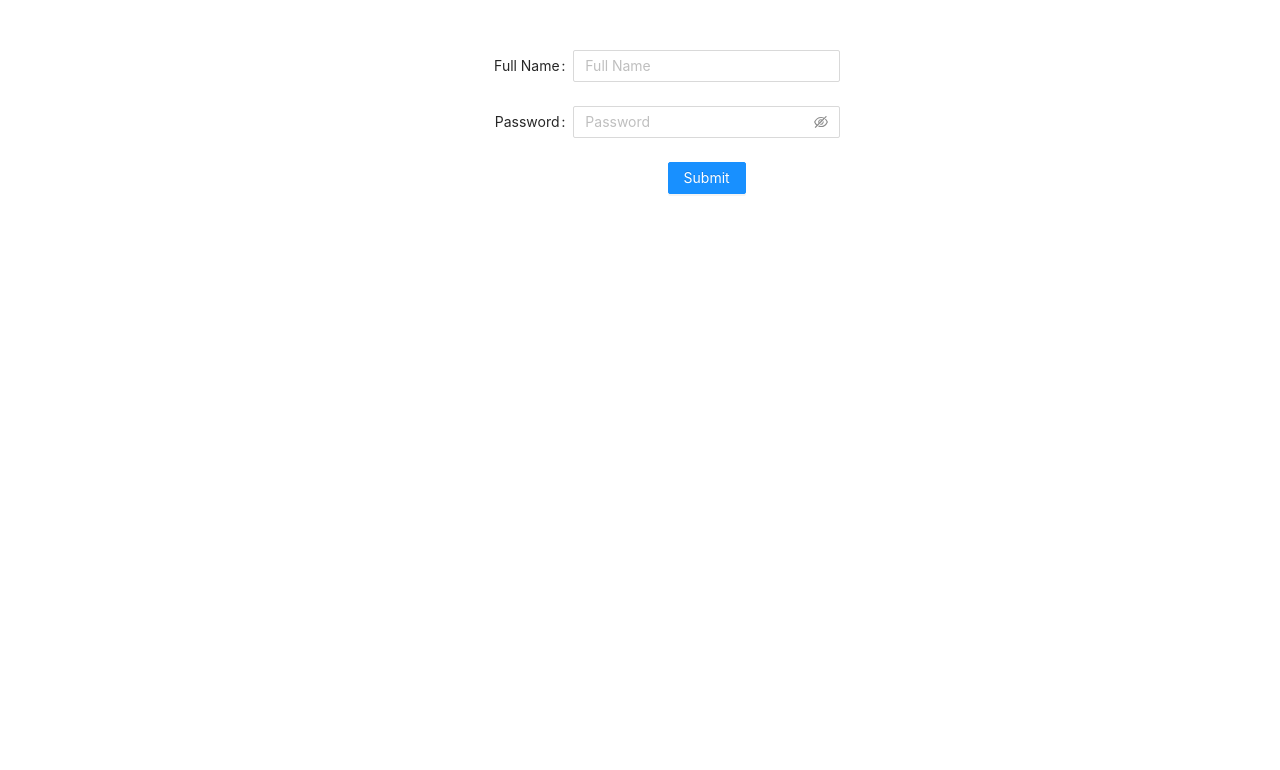
Repository: baodien1405/module-form
Page: /
These files come from the project's save history. The page is drawn as it stood at one moment and after the next save; the edit follows.
The browser window is 1280 px wide. The pictures show the whole page.
The project was rebuilt for these pictures with package versions that can differ from the ones it lists, and the page was loaded fresh each time.

Above is the page before, as saved 2021-09-09 12:21:36.

### src/index.tsx
import React from 'react';
import ReactDOM from 'react-dom';
import "antd/dist/antd.css";
import './index.css';
import App from './App';
import { store } from './app/store';
import { Provider } from 'react-redux';
import * as serviceWorker from './serviceWorker';

ReactDOM.render(
  <React.StrictMode>
    <Provider store={store}>
      <App />
    </Provider>
  </React.StrictMode>,
  document.getElementById('root')
);

// If you want your app to work offline and load faster, you can change
// unregister() to register() below. Note this comes with some pitfalls.
// Learn more about service workers: https://bit.ly/CRA-PWA
serviceWorker.unregister();

### src/index.css
@import url("https://fonts.googleapis.com/css2?family=Poppins:ital,wght@0,100;0,200;0,800;0,900;1,100;1,200;1,800;1,900&display=swap");

body {
  margin: 0;
  font-family: -apple-system, BlinkMacSystemFont, "Poppins", "Roboto", "Oxygen",
    "Ubuntu", "Cantarell", "Fira Sans", "Droid Sans", "Helvetica Neue",
    sans-serif;
  -webkit-font-smoothing: antialiased;
  -moz-osx-font-smoothing: grayscale;
}

code {
  font-family: source-code-pro, Menlo, Monaco, Consolas, "Courier New",
    monospace;
}

### src/App.tsx
import React from "react";
import "./App.css";
import OnboardingForm from "./features/onboarding/component/OnboardingForm";

function App() {
  return (
    <div className="App">
      <div className="container">
        <OnboardingForm />
      </div>
    </div>
  );
}

export default App;

### src/App.css
.App {
  text-align: center;
}

.App-logo {
  height: 40vmin;
  pointer-events: none;
}

@media (prefers-reduced-motion: no-preference) {
  .App-logo {
    animation: App-logo-float infinite 3s ease-in-out;
  }
}

.App-header {
  min-height: 100vh;
  display: flex;
  flex-direction: column;
  align-items: center;
  justify-content: center;
  font-size: calc(10px + 2vmin);
}

.App-link {
  color: rgb(112, 76, 182);
}

@keyframes App-logo-float {
  0% {
    transform: translateY(0);
  }
  50% {
    transform: translateY(10px);
  }
  100% {
    transform: translateY(0px);
  }
}

.container {
  width: 400px;
  margin: 50px auto;
}

### src/features/onboarding/component/OnboardingForm.tsx
import { yupResolver } from "@hookform/resolvers/yup";
import { Button, Form } from "antd";
import { InputField } from "components/FormFields/InputField";
import { PasswordField } from "components/FormFields/PasswordField";
import { useForm } from "react-hook-form";
import * as yup from "yup";

export interface Account {
  name: string;
  password: string;
}

export interface AccountFormProps {
  initialValues?: Account;
  onSubmit?: (formValues: Account) => void;
}

const schema = yup.object().shape({
  fullname: yup.string().required("Please enter full name"),
  password: yup.string().required("Please enter your password"),
});

export default function OnboardingForm({
  initialValues,
  onSubmit,
}: AccountFormProps) {
  const {
    control,
    handleSubmit,
    formState: { isSubmitting },
  } = useForm<Account>({
    defaultValues: initialValues,
    resolver: yupResolver(schema),
  });

  const handleFormSubmit = async (formValues: Account) => {
    console.log(formValues);
  };

  return (
    <Form
      onFinish={handleSubmit(handleFormSubmit)}
      labelCol={{ span: 8 }}
      wrapperCol={{ span: 16 }}
    >
      <InputField name="fullname" label="Full Name" control={control} />

      <PasswordField name="password" label="Password" control={control} />

      <Form.Item wrapperCol={{ offset: 8, span: 16 }}>
        <Button type="primary" htmlType="submit" disabled={isSubmitting}>
          Submit
        </Button>
      </Form.Item>
    </Form>
  );
}

### src/components/FormFields/InputField.tsx
import { Form, Input } from "antd";
import React, { InputHTMLAttributes } from "react";
import { Control, useController } from "react-hook-form";

export interface InputFieldProps extends InputHTMLAttributes<HTMLInputElement> {
  name: string;
  control: Control<any>;
  label?: string;
}

export function InputField({ name, control, label }: InputFieldProps) {
  const {
    field: { onBlur, onChange, value, ref },
    fieldState: { invalid, error },
  } = useController({
    name,
    control,
  });
  return (
    <Form.Item
      label={label}
      name={name}
      rules={[{ required: invalid, message: error?.message }]}
    >
      <Input
        value={value}
        onChange={onChange}
        onBlur={onBlur}
        placeholder={label}
        ref={ref}
      />
    </Form.Item>
  );
}

### src/components/FormFields/PasswordField.tsx
import { Form, Input } from "antd";
import React, { InputHTMLAttributes } from "react";
import { Control, useController } from "react-hook-form";

export interface InputFieldProps extends InputHTMLAttributes<HTMLInputElement> {
  name: string;
  control: Control<any>;
  label?: string;
}

export function PasswordField({ name, control, label }: InputFieldProps) {
  const {
    field: { onBlur, onChange, value, ref },
    fieldState: { invalid, error },
  } = useController({
    name,
    control,
  });
  return (
    <Form.Item
      label={label}
      name={name}
      rules={[{ required: invalid, message: error?.message }]}
    >
      <Input.Password
        value={value}
        onChange={onChange}
        onBlur={onBlur}
        placeholder={label}
        ref={ref}
      />
    </Form.Item>
  );
}

Loaded but not shown: public/index.html (common file); src/app/store.ts (common file); src/serviceWorker.ts (common file); src/features/counter/counterSlice.ts (common file); src/features/counter/counterAPI.ts (common file)

After the next save:
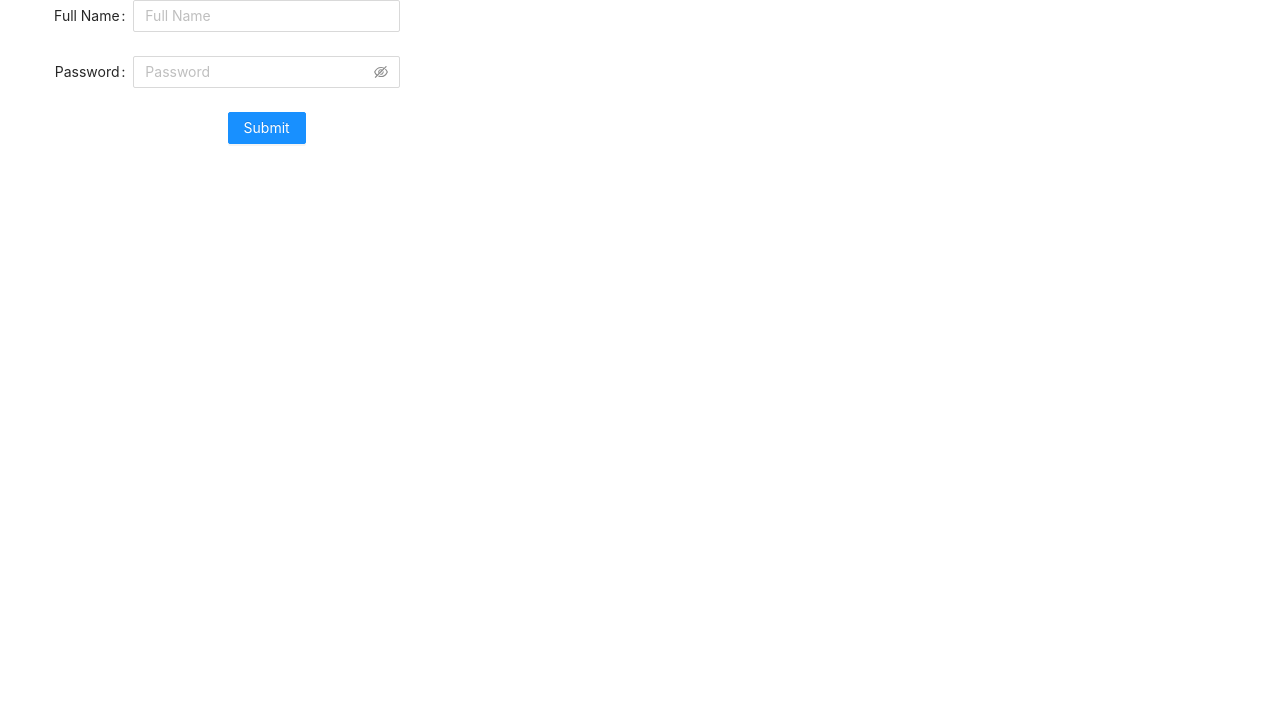
Saved 68 s later.
--- a/src/App.css
+++ b/src/App.css
@@ -40,5 +40,5 @@
 
 .container {
   width: 400px;
-  margin: 50px auto;
+  /* margin: 50px auto; */
 }

After the save that followed:
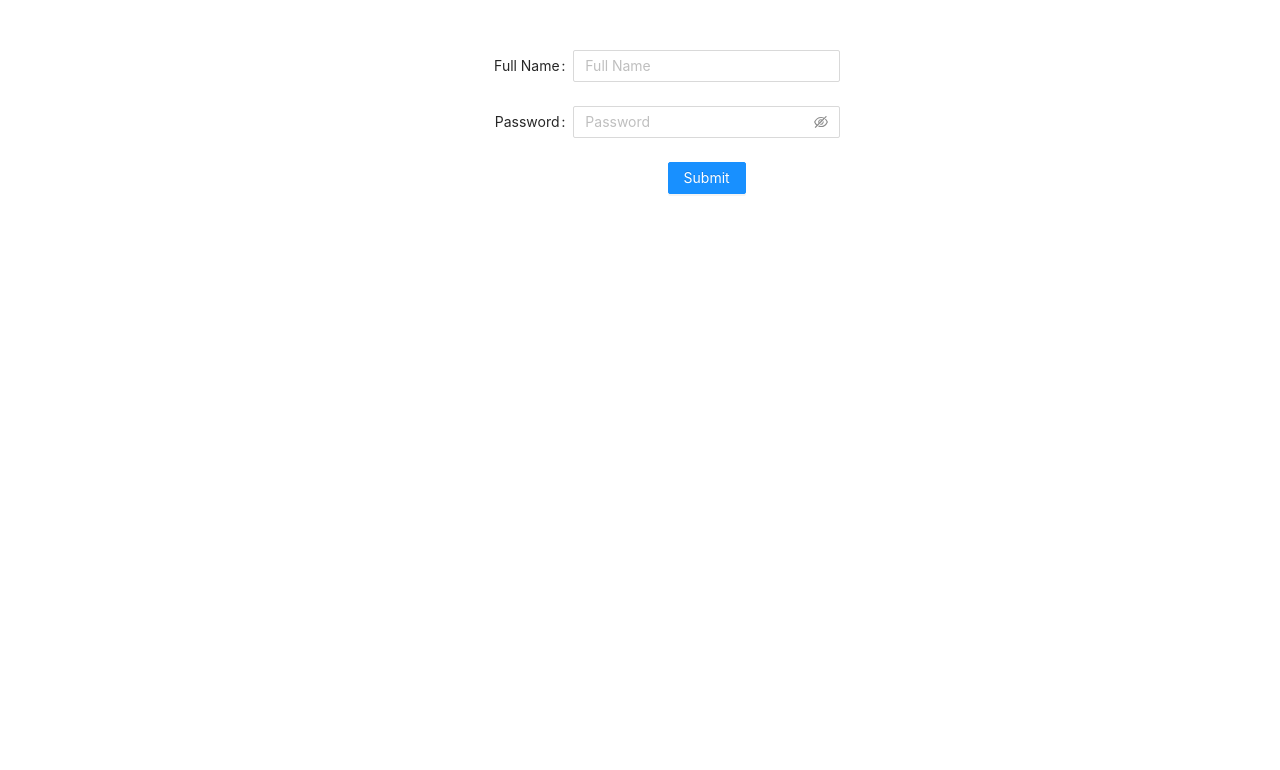
Saved 15 s later.
--- a/src/App.css
+++ b/src/App.css
@@ -40,5 +40,5 @@
 
 .container {
   width: 400px;
-  /* margin: 50px auto; */
+  margin: 50px auto;
 }
